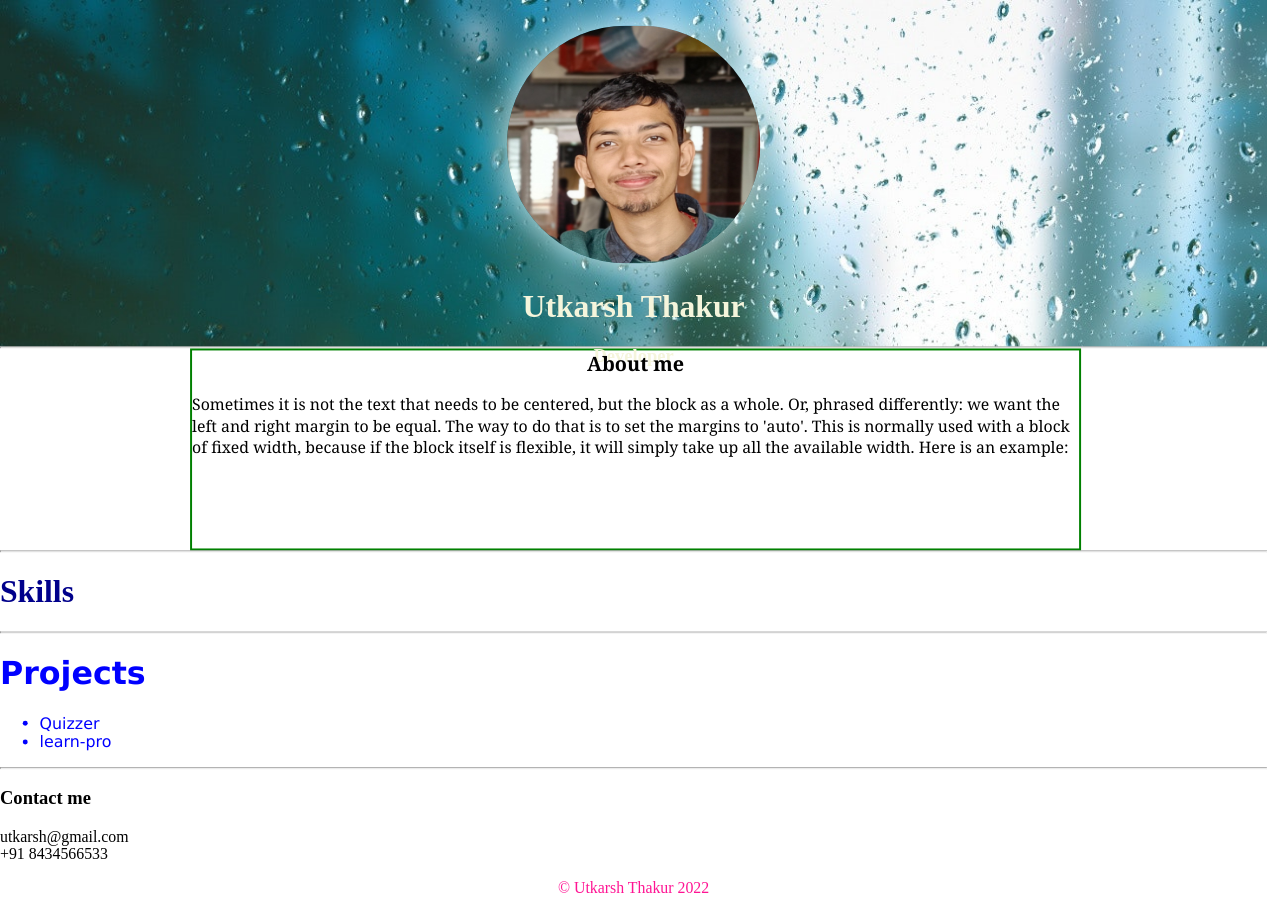
Repository: UtkarshThakur321/Utkarsh-Thakur-Profile
Page: index.html
These files come from the project's save history. The page is drawn as it stood at one moment and after the next save; the edit follows.
The browser window is 1280 px wide. The pictures show the whole page, at 99% of full size.

Above is the page before, as saved 2022-01-22 23:36:32.
Not found: main.js

### index.html
<!DOCTYPE html>
<html>
<head>
    <meta charset='utf-8'>
    <meta http-equiv='X-UA-Compatible' content='IE=edge'>
    <title>Page Title</title>
    <meta name='viewport' content='width=device-width, initial-scale=1'>
    <link rel='stylesheet' type='text/css' media='screen' href="index.css">
    <script src='main.js'></script>
</head>
<body>
    <div id="main">
    <!-- <div id="nav">
        <h1>My Resume</h1>
    </div> -->
    <center>
        <div id="intro">
            <div id="profileImage">
                 <img src="./Utkarsh_dp.jpg" alt="DP_Utkarsh__Thakur"
                 width="180" height="170">
            </div>
            <div id="profileName">
                <h1>Utkarsh Thakur</h1>
                <h3>Developer</h3>
            </div>

            <div>


             </div>
        </div>
    </center>

    <hr>

  <div id="aboutMe">
    <div id="aboutMeHeading">
        About me
    </div>
    <div id="aboutMeContent">
        <p>
            Sometimes it is not the text that needs to be centered, but the block as a whole. Or, phrased differently: we want the left and right margin to be equal. The way to do that is to set the margins to 'auto'. This is normally used with a block of fixed width, because if the block itself is flexible, it will simply take up all the available width. Here is an example:
        </p>
    </div>
  </div>


<hr>

    <div id="skills">
        <h1>Skills</h1>

    </div>

    <hr>
    <div id="projects">
        <h1>Projects</h1>
        <ul>
            <li>Quizzer</li>
            <li>learn-pro</li>
        </ul>
    </div>
    <hr>

    <div id="footer">
        <h3>Contact me</h3>
        <p>
            utkarsh@gmail.com<br>
            +91 8434566533

        </p>
            <div id="copyright">
         &copy; Utkarsh Thakur 2022
            </div>
        </div>
    </div>



</body>
</html>

### index.css
body{
    width:100%;
    margin:0px;


}


#intro{
    background-image:url("./bg.jpg");
    height: 350px;
}


#profileImage>img{
    margin-top: 2%;
    height:240px;
    width:20%;
    border-radius: 130px;
    box-shadow: 0px 0px 40px rgb(235, 253, 253);
}
#profileName{
    color:beige;
    font-family: cursive;
}

#aboutMe{
    width:70%;
    height:200px;
    border:2px solid green;
    margin-left:15%;
}


#aboutMeHeading{
    text-align:center;
    font-family: Georgia, 'Times New Roman', Times, serif;
    font-size:20px;
    font-weight: bold;
}
#aboutMeContent{

    font-family: Georgia, 'Times New Roman', Times, serif;
    font-size:16px;

}





hr{
    margin:0px;
}

#nav{
    height:50px;
    display:content;
    text-align: center;
    font-weight: 900;
    color:black;}
    /* text-align: center;
    font-family: Verdana, Geneva, Tahoma, sans-serif;
} */

#skills{
    color:darkblue;
    font-weight: 400;

}

.img{
    height:10px;
    width:10%;
}
#projects{
    font-family: Verdana, Geneva, Tahoma, sans-serif;
    color:blue;
}


/* #footer{
    text-align: center;
} */
#copyright{
    text-align: center;
    color:deeppink
}

After the next save:
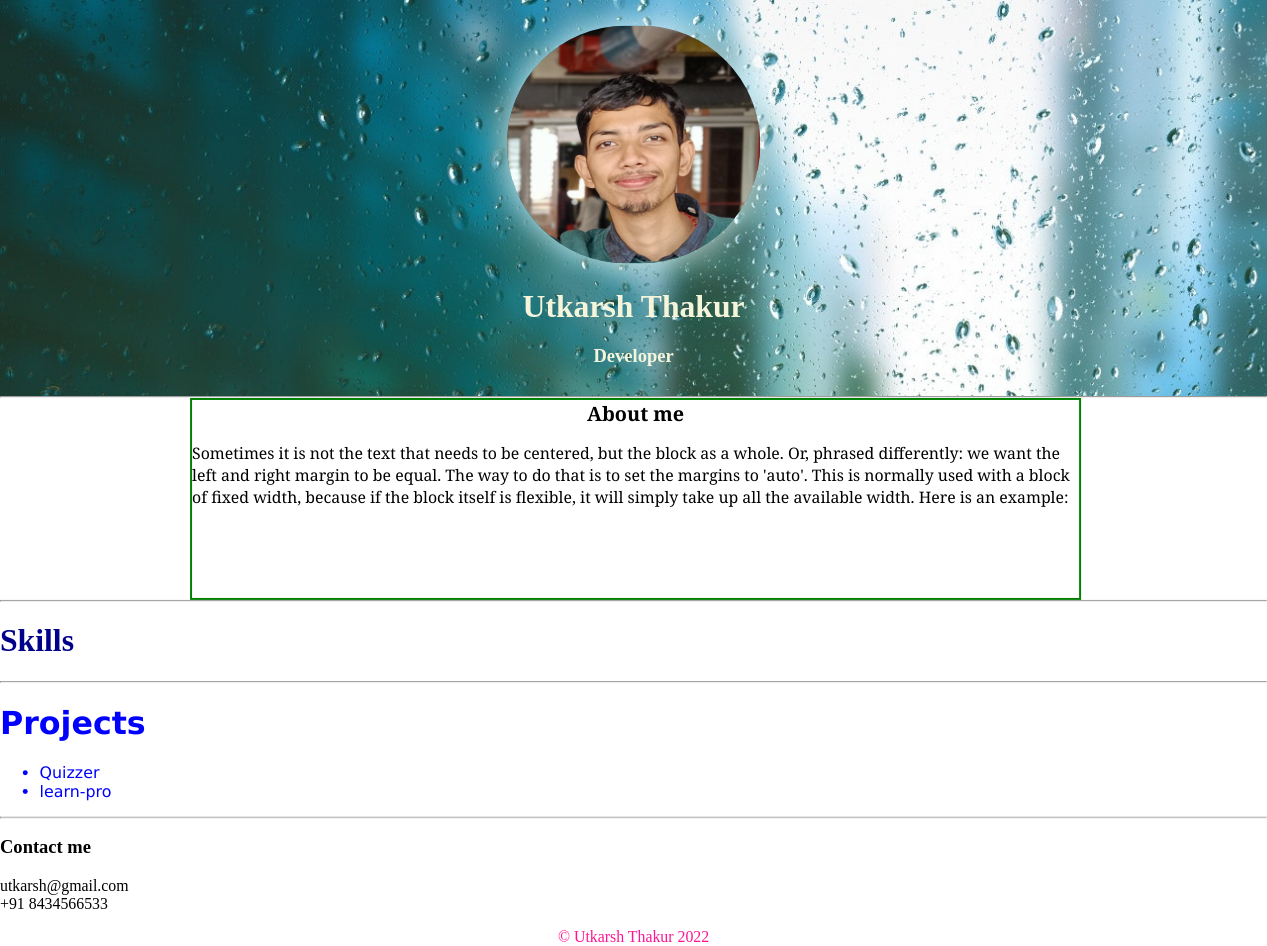
Saved 17 s later.
--- a/index.css
+++ b/index.css
@@ -8,7 +8,7 @@ body{
 
 #intro{
     background-image:url("./bg.jpg");
-    height: 350px;
+    height: 400px;
 }
 
 
